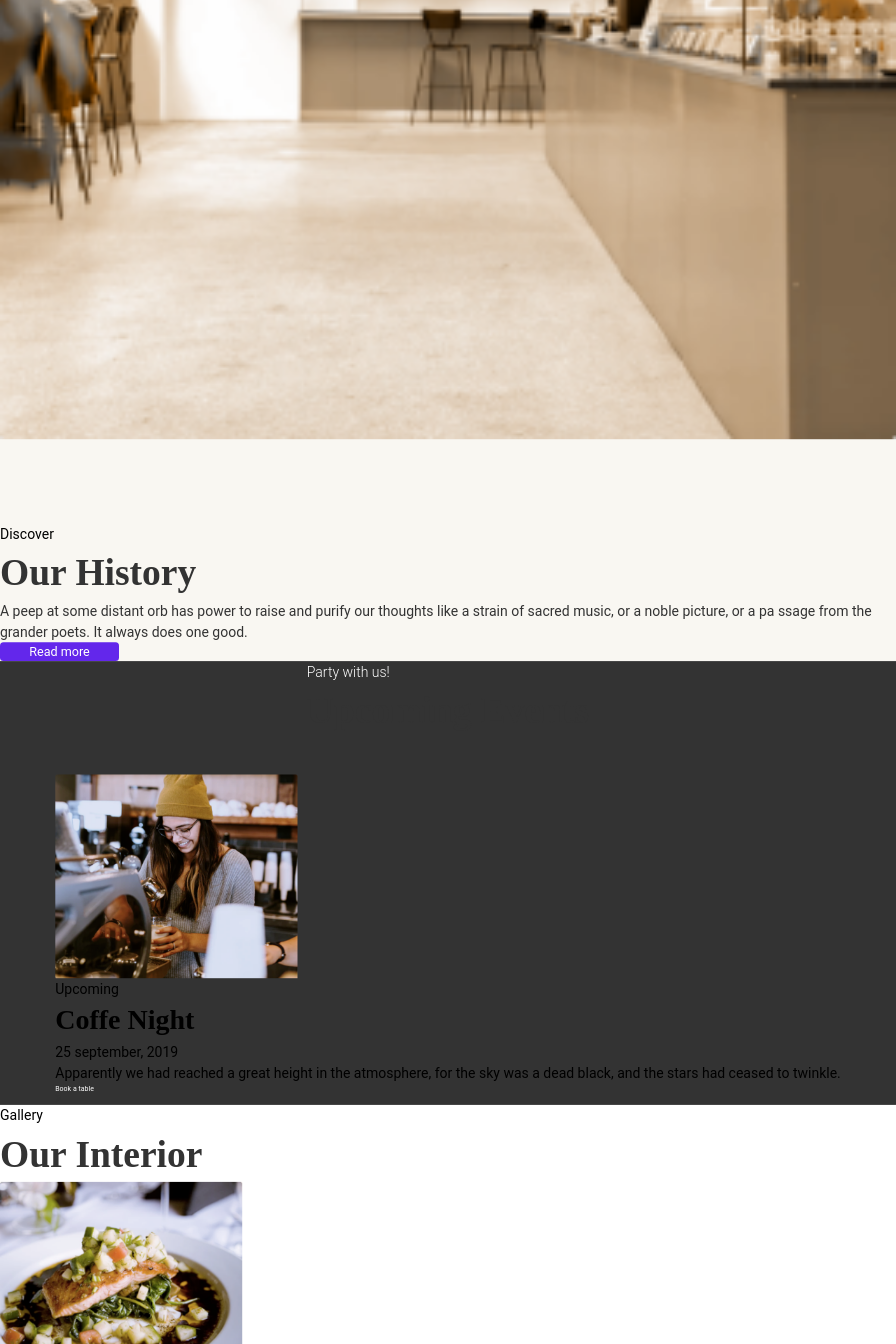
Repository: murilopellis-12/Tailwind-Prova
Page: index.html
An editor plug-in stored every save of this project. The page is shown before and after the next save, followed by the edit.
The browser window is 1280 px wide. The pictures show the part of the page from y = 1649 to 3569 px (the page is 6004 px tall), at 70% of full size.

Above is the page before, as saved 2026-10-26 21:30:49.
Not found: style.css

### index.html
<!doctype html>
<html lang="pt-BR">
  <head>
    <meta charset="UTF-8" />
    <meta name="viewport" content="width=device-width, initial-scale=1.0" />
    <title>PROVA FRONT-END</title>
    <script src="https://cdn.jsdelivr.net/npm/@tailwindcss/browser@4"></script>
    <style type="text/tailwindcss">
      @theme {
        --espaco-pequeno: clamp(
          1.5rem,
          calc(-2.725rem + 11.268vw),
          13.5rem
        ); /* min: 15px, max: 135px */
        --padding-topo: clamp(8rem, calc(5.183rem + 7.512vw), 16rem);

        /*Cores*/
        --cor-primaria: #333;
        --cor-secundaria: #f9f7f2;
        --cor-terciaria: #fff;
        --complementar-roxo: #6327eb;
        --borda-menu: rgba(255, 255, 255, 0.3);
        --paragrafos-claros: rgba(51, 51, 51, 0.5);
        --borda-formulario: #dadada;
      }

      html {
        font-size: 62.5%;
      }

      * {
        margin: 0;
        padding: 0;
        box-sizing: border-box;
      }

      h1 {
        font-size: clamp(
          5.6rem,
          calc(5.037rem + 1.502vw),
          7.2rem
        ); /* min: 56px, max: 72px */
        color: var(--cor-terciaria);
        font-weight: bold;
        font-family: "PT Serif";
      }

      h2 {
        font-size: clamp(
          4rem,
          calc(3.437rem + 1.502vw),
          5.6rem
        ); /* min: 40px, max: 56px */
        font-family: "PT Serif";
        font-weight: bold;
        color: var(--cor-primaria);
      }

      h3 {
        font-size: 4rem;
        font-family: "PT Serif";
        font-weight: bold;
      }

      p {
        font-family: "Roboto";
        font-size: 2rem;
      }

      button {
        font-family: "Roboto";
        color: var(--cor-terciaria);
        font-weight: normal;
        border-radius: 5px;
      }
    </style>
    <link rel="stylesheet" href="style.css" />
  </head>

  <body>
    <header
      class="header-principal bg-[linear-gradient(rgba(51,51,51,0.9),_rgba(51,51,51,0.9)),_url('img/imagem-fundo.png')] bg-cover bg-center w-[100%] h-auto p-[1.6rem_var(--espaco-pequeno)_clamp(5rem,calc(3.592rem+3.756vw),9rem)_var(--espaco-pequeno)] flex flex-col gap-[clamp(4.3rem,calc(2.645rem+4.413vw),9rem)]"
    >
      <div class="conteudo-header flex justify-between w-[100%] items-center">
        <div>
          <a
            aria-label="redireciona para o início"
            id="ancora-header"
            href="#"
            class="text-[4rem] no-underline text-[var(--cor-terciaria)] font-bold"
            >REST</a
          >
        </div>
        <div class="menu-hamburguer-div">
          <button
            id="botao-menu-hamburguer"
            class="w-[4.8rem] h-[4.8rem] rounded-[50%] border border-solid border-[var(--borda-menu)] bg-transparent"
          >
            <img
              src="img/menu-hamburguer.png"
              alt="menu hamburguer do header"
            />
          </button>
        </div>
        <nav class="navegacao-header-desktop hidden">
          <ul class="flex flex-row gap-[3.2rem] justify-evenly">
            <li
              class="list-none text-[2rem] font-light text-[var(--cor-terciaria)] no-underline"
            >
              <a
                class="list-none text-[2rem] font-light text-[var(--cor-terciaria)] no-underline"
                aria-label="abre Sobre"
                href=""
                >About Us</a
              >
            </li>
            <li
              class="list-none text-[2rem] font-light text-[var(--cor-terciaria)] no-underline"
            >
              <a
                class="list-none text-[2rem] font-light text-[var(--cor-terciaria)] no-underline"
                aria-label="abre Menu"
                href=""
                >Menu</a
              >
            </li>
            <li
              class="list-none text-[2rem] font-light text-[var(--cor-terciaria)] no-underline"
            >
              <a
                class="list-none text-[2rem] font-light text-[var(--cor-terciaria)] no-underline"
                aria-label="abre Eventos"
                href=""
                >Events</a
              >
            </li>
            <li
              class="list-none text-[2rem] font-light text-[var(--cor-terciaria)] no-underline"
            >
              <a
                class="list-none text-[2rem] font-light text-[var(--cor-terciaria)] no-underline"
                aria-label="abre Notícias"
                href=""
                >News</a
              >
            </li>
            <li
              class="list-none text-[2rem] font-light text-[var(--cor-terciaria)] no-underline"
            >
              <a
                class="list-none text-[2rem] font-light text-[var(--cor-terciaria)] no-underline"
                aria-label="abre contatos"
                href=""
                >Contact</a
              >
            </li>
          </ul>
        </nav>
        <div class="desktop-div-redes-sociais hidden">
          <nav class="navegacao-redes-sociais-header flex gap-[0.8rem]">
            <a
              aria-label="abre Facebook"
              class="circulos-navegacao w-[4.8rem] h-[4.8rem] rounded-[50%] border border-solid border-[var(--borda-menu)] flex justify-center items-center"
              href=""
              ><img src="img/facebook.png" alt="logo do Facebook"
            /></a>
            <a aria-label="abre Twitter" class="circulos-navegacao" href=""
              ><img
                class="logo-twitter-ancora"
                src="img/twitter.png"
                alt="logo do Twitter"
            /></a>
            <a aria-label="abre Instagram" class="circulos-navegacao" href=""
              ><img src="img/instagram.png" alt="logo do Instagram"
            /></a>
          </nav>
        </div>
      </div>
      <div
        class="div-agrupar-conteudo-hero flex flex-col gap-[clamp(3.6rem,calc(1.982rem+4.314vw),6.4rem)]"
      >
        <div
          class="conteudo-hero h-auto flex flex-col justify-center gap-[4rem]"
        >
          <h1 id="h1-pagina-principal">Welcome to our restaurant</h1>
          <p
            id="horario-funcionamento-hero"
            class="text-[2.4rem] font-light text-[var(--cor-terciaria)]"
          >
            Everyday 8:00 am - 23:00 pm
          </p>
          <div
            class="botoes-hero grid grid-cols-[1fr_1fr] gap-[clamp(0.6rem,calc(-0.245rem+2.254vw),3rem)] h-auto w-[100%] max-w-[345px]"
          >
            <button
              aria-label="abre a reserva de mesa"
              class="botoes-hero-class p-[1.2rem_0] text-[var(--cor-terciaria)] text-[1.8rem] max-w-[170px] border-0 bg-[var(--complementar-roxo)]"
              id="botao-livro-mesa"
            >
              Book a table
            </button>
            <button
              aria-label="abre o menu"
              class="botoes-hero-class p-[1.2rem_0] text-[var(--cor-terciaria)] text-[1.8rem] max-w-[170px] border-0 bg-[var(--complementar-roxo)] border border-solid border-[var(--borda-menu)]"
              id="botao-ver-menu"
            >
              See menu
            </button>
          </div>
        </div>
        <div class="div-imagem-hero w-auto h-auto flex justify-center">
          <img
            class="w-[100%] max-w-[570px] h-auto"
            id="imagem-sopa-hero"
            src="img/sopa.png"
            alt="imagem de uma sopa"
          />
        </div>
      </div>
    </header>
    <main>
      <section
        class="secao-nossa-historia p-[clamp(8rem,calc(5.183rem+7.512vw),16rem)_var(--espaco-pequeno)] bg-[var(--cor-secundaria)]"
      >
        <div
          class="conteudo-nossa-historia flex flex-col gap-[clamp(6.3rem,calc(3.941rem+6.291vw),13rem)]"
        >
          <div class="div-imagem-nossa-historia">
            <img
              src="img/nossa-historia-imagem.png"
              alt="imagem de uma cozinha"
              class="w-[100%] h-auto p-[0_3rem] object-cover"
            />
          </div>
          <div class="nossa-historia-texto flex flex-col justify-center">
            <p
              class="categorias-site text-[2.4rem] text-light"
              id="categoria-descobrir"
            >
              Discover
            </p>
            <h2 id="nossa-historia-h2" class="m-[0_0_1.2rem_0]">Our History</h2>
            <p class="paragrafos-site text-[var(--cor-primaria)] text-light">
              A peep at some distant orb has power to raise and purify our
              thoughts like a strain of sacred music, or a noble picture, or a
              pa ssage from the grander poets. It always does one good.
            </p>
            <div class="div-botao-ler-mais w-[50%]">
              <button
                aria-label="abre o Ler Mais"
                id="botao-ler-mais-historia"
                class="w-[100%] max-w-[170px] p-[1.2rem_0] border-0 bg-[var(--complementar-roxo)] text-[1.8rem] mt-[clamp(2.3rem,calc(2.159rem+0.376vw),2.7rem)]"
              >
                Read more
              </button>
            </div>
          </div>
        </div>
      </section>
      <section
        class="secao-eventos-futuros bg-[var(--cor-primaria)] p-[var(--padding-topo)_var(--espaco-pequeno)] flex flex-col gap-[clamp(3.9rem,calc(3.407rem+1.315vw),5.3rem)] items-center"
      >
        <div class="titulos-secao-eventos-futuros">
          <p id="paragrafo-titulo-eventos-futuros" class="text-[var(--cor-terciaria)] text-[2.4rem] font-light ">Party with us!</p>
          <h2 id="h2-titulo-eventos-futuros">Upcoming Events</h2>
        </div>
        <div class="forma-eventos-futuros">
          <div class="imagem-evento-futuro">
            <img
              id="imagem-mulher-fazendo-cafe"
              src="img/mulher-fazendo-cafe.png"
              alt="mulher fazendo café em uma máquina"
            />
          </div>
          <div class="conteudo-escrito-eventos">
            <p class="categorias-site" id="categoria-futuro">Upcoming</p>
            <h3>Coffe Night</h3>
            <p id="data-eventos-futuros">25 september, 2019</p>
            <p class="paragrafos-site">
              Apparently we had reached a great height in the atmosphere, for
              the sky was a dead black, and the stars had ceased to twinkle.
            </p>
            <div class="div-botao-ler-mais">
              <button
                aria-label="redireciona a reserva de mesa"
                id="botao-reservar-mesa"
              >
                Book a table
              </button>
            </div>
          </div>
          <div class="proxima-pagina">
            <button id="seta-proxima-pagina">
              <img
                src="img/flecha-proxima.png"
                alt="ícone de flecha que guia para outra página"
              />
            </button>
          </div>
        </div>
      </section>
      <section class="secao-galeria-fotos">
        <div class="titulos-secao-galeria-fotos">
          <p id="paragrafo-titulo-galeria">Gallery</p>
          <h2 id="h2-titulo-galeria">Our Interior</h2>
        </div>
        <div class="imagens-galeria">
          <img
            class="imagens-da-galeria"
            src="img/galeria/salmao.png"
            alt="prato com temperos e salmão"
          />
          <img
            class="imagens-da-galeria"
            src="img/galeria/pratos.png"
            alt="pratos preparados com diversos alimentos"
          />
          <img
            class="imagens-da-galeria"
            src="img/galeria/mesas-cadeiras.png"
            alt="mesas preparadas com diversas cadeiras"
          />
          <img
            class="imagens-da-galeria"
            src="img/galeria/mesa-individual.png"
            alt="uma unidade de mesa com lugar para 4 pessoas"
          />
          <img
            class="imagens-da-galeria"
            src="img/galeria/mesa-com-garcom.png"
            alt="mesas e cadeiras sendo organizados por uma garçom"
          />
          <img
            class="imagens-da-galeria"
            src="img/galeria/mesa-preparada.png"
            alt="mesa com talheres e guardanapos postos e preparados"
          />
        </div>
      </section>
      <section class="secao-sobre-nos">
        <div class="titulos-secao-sobre-nos">
          <p class="categorias-site" id="paragrafo-titulo-sobre-nos">Press</p>
          <h2 id="h2-titulo-sobre-nos">About Us</h2>
        </div>
        <div class="cartoes-conjunto">
          <div class="cartoes-autoras" id="autora-york-times">
            <img
              class="logo-titulo"
              src="img/the-new-york-logo.png"
              alt="logo do The New York Times"
            />
            <p class="citacao-autora">
              "Apparently we had reached a great height in the atmosphere, for
              the sky was a dead black, and the stars had ceased to twinkle. By
              the same illusion which lifts the horizon of the sea to the
              level."
            </p>
            <p class="nome-autora-rodape">The New York Times</p>
          </div>
          <div class="cartoes-autoras" id="autora-the-guardian">
            <img
              class="logo-titulo"
              src="img/the-guardian-logo.png"
              alt="logo do The Guardian"
            />
            <p class="citacao-autora">
              "Apparently we had reached a great height in the atmosphere, for
              the sky was a dead black, and the stars had ceased to twinkle. By
              the same illusion which lifts the horizon of the sea to the
              level."
            </p>
            <p class="nome-autora-rodape">The Guardian</p>
          </div>
          <div class="cartoes-autoras" id="autora-wall-street">
            <img
              class="logo-titulo"
              src="img/wall-street-jornal-logo.png"
              alt="logo do Wall Street Jornal"
            />
            <p class="citacao-autora">
              "Apparently we had reached a great height in the atmosphere, for
              the sky was a dead black, and the stars had ceased to twinkle. By
              the same illusion which lifts the horizon of the sea to the
              level."
            </p>
            <p class="nome-autora-rodape">The Wall Street Jornal</p>
          </div>
        </div>
      </section>
      <section class="secao-reservar-mesa">
        <div class="area-reserva-mesa">
          <div>
            <p class="categorias-site" id="paragrafo-titulo-reserva">Reserve</p>
            <h2 id="h2-titulo-reserva-mesa">A Table</h2>
          </div>
          <form action="#" class="formulario-reserva-mesa">
            <div
              class="campos-preencher-formulario-reserva"
              id="formulario-campo-data"
            >
              <label for="data">DATE</label>
              <input
                type="text"
                id="data"
                name="data"
                placeholder="9/26/2019"
              />
            </div>
            <div
              class="campos-preencher-formulario-reserva"
              id="formulario-campo-tempo"
            >
              <label for="hora">TIME</label>
              <input type="text" name="hora" id="hora" placeholder="7:00 pm" />
            </div>
            <div
              class="campos-preencher-formulario-reserva"
              id="formulario-campo-visitantes"
            >
              <label for="numero-pessoas">GUESTS</label>
              <input
                type="number"
                name="numero-pessoas"
                id="numero-pessoas"
                placeholder="2 people"
              />
            </div>
            <div id="formulario-campo-envio">
              <button
                aria-label="redireciona para reserva de mesa"
                id="botao-envio-reserva"
                type="submit"
              >
                Find a table
              </button>
            </div>
          </form>
        </div>
        <div class="div-imagem-secao-reserva">
          <img src="img/mesa-organizada.png" alt="mesa organizada" />
        </div>
      </section>
    </main>
    <footer class="footer-principal">
      <div>
        <h3 id="h3-rodape-pagina">REST</h3>
      </div>
      <nav class="navegacao-rodape">
        <ul>
          <li>About Us</li>
          <li>Menu</li>
          <li>Events</li>
          <li>News</li>
          <li>Contact</li>
        </ul>
      </nav>
      <nav class="redes-sociais-rodape-botoes">
        <a aria-label="abre Facebook" class="circulos-navegacao" href=""
          ><img src="img/facebook.png" alt="logo do Facebook"
        /></a>
        <a aria-label="abre Twitter" class="circulos-navegacao" href=""
          ><img
            class="logo-twitter-ancora"
            src="img/twitter.png"
            alt="logo do Twitter"
        /></a>
        <a aria-label="abre Instagram" class="circulos-navegacao" href=""
          ><img src="img/instagram.png" alt="logo do Instagram"
        /></a>
      </nav>
      <div class="direitos-reservados-rodape">
        <p id="paragrafo-direitos-reservados">
          2019 Restaurant. All Rights Reserved.
        </p>
      </div>
    </footer>
  </body>
</html>

After the next save:
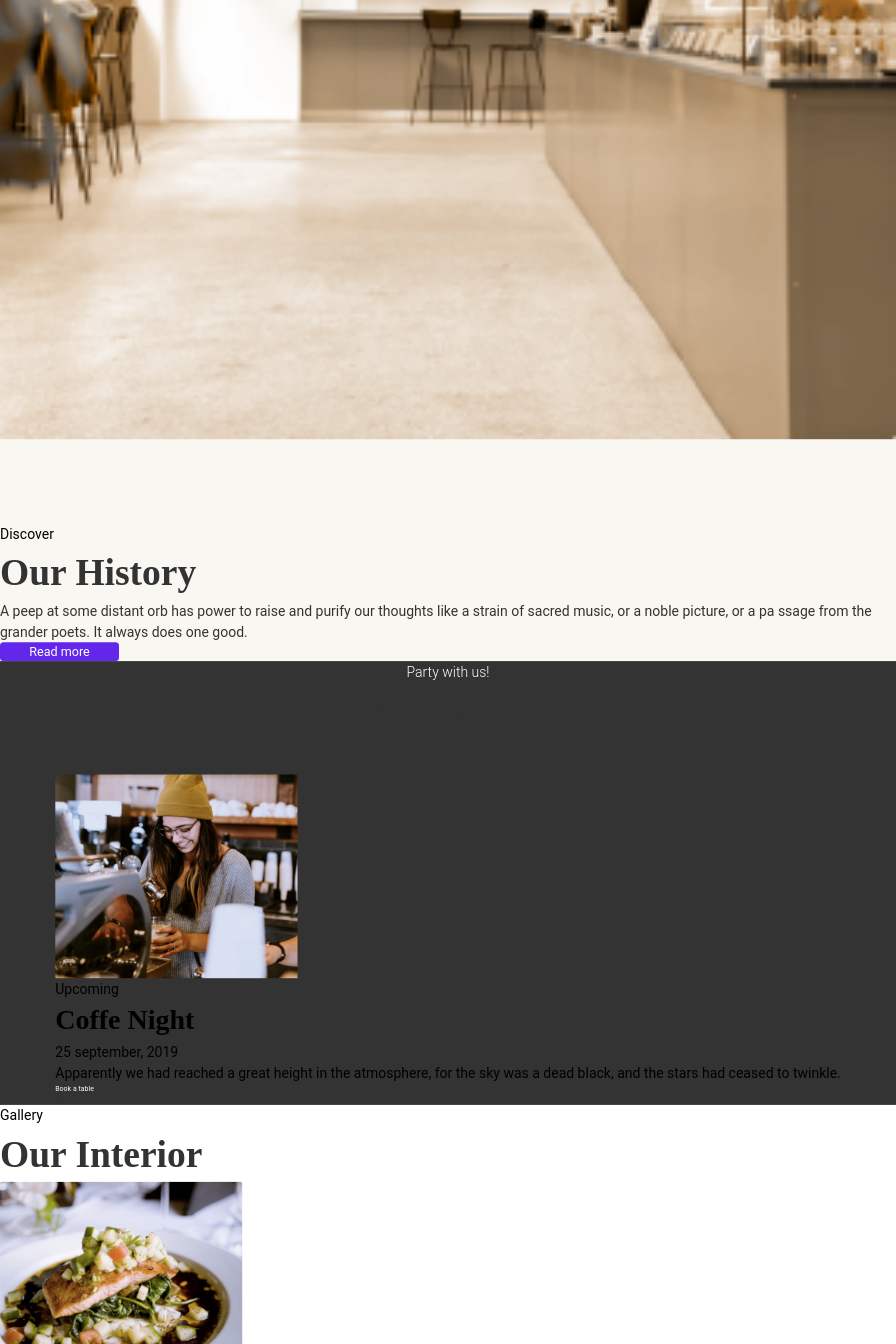
Saved 22 s later.
--- a/index.html
+++ b/index.html
@@ -261,7 +261,7 @@
         class="secao-eventos-futuros bg-[var(--cor-primaria)] p-[var(--padding-topo)_var(--espaco-pequeno)] flex flex-col gap-[clamp(3.9rem,calc(3.407rem+1.315vw),5.3rem)] items-center"
       >
         <div class="titulos-secao-eventos-futuros">
-          <p id="paragrafo-titulo-eventos-futuros" class="text-[var(--cor-terciaria)] text-[2.4rem] font-light ">Party with us!</p>
+          <p id="paragrafo-titulo-eventos-futuros" class="text-[var(--cor-terciaria)] text-[2.4rem] font-light text-center">Party with us!</p>
           <h2 id="h2-titulo-eventos-futuros">Upcoming Events</h2>
         </div>
         <div class="forma-eventos-futuros">
